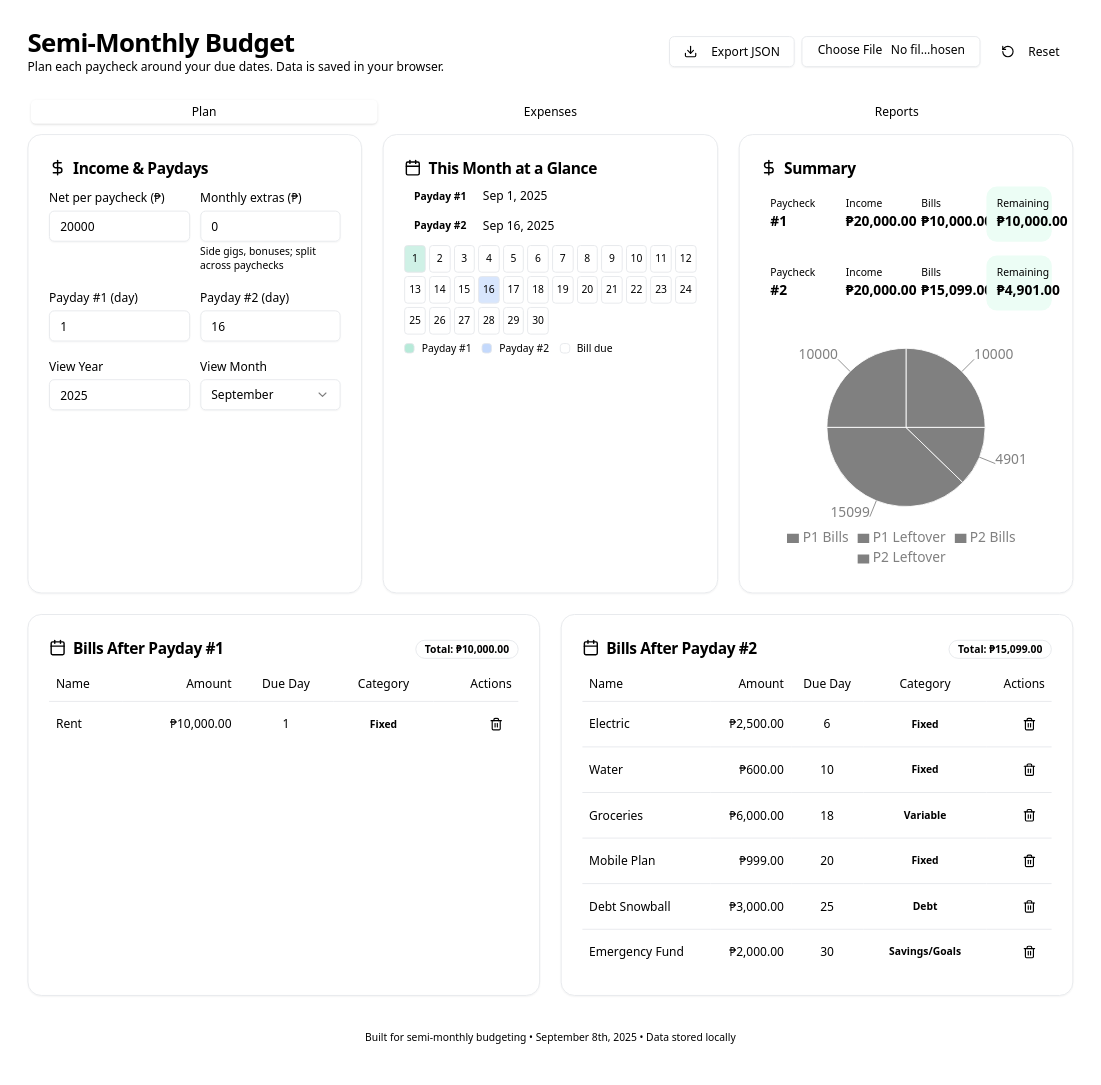
Repository: northmangamingcorporation-dot/semi-monthly-budget
Page: /
These files come from the project's save history. The page is drawn as it stood at one moment and after the next save; the edit follows.
The browser window is 1280 px wide. The pictures show the whole page, at 86% of full size.
Some web libraries are served in a nearby version. The project was rebuilt for these pictures with package versions that can differ from the ones it lists, and the page was loaded fresh each time. Also part of the build but not shown: vite.config.js, src/index.css, src/components/ui/dialog.jsx.

Above is the page before, as saved 2025-09-08 17:24:54.

After the next save:
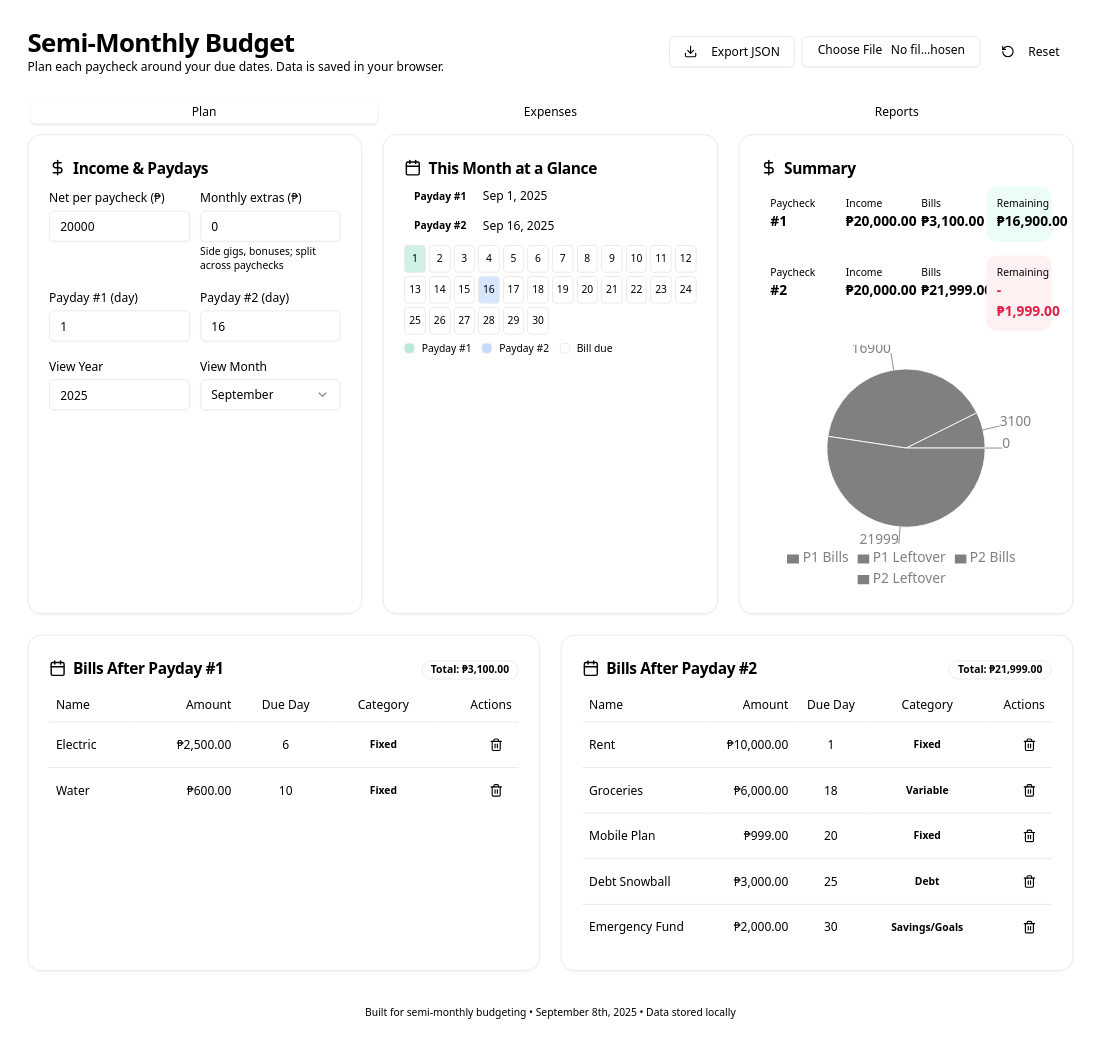
Saved 5 min 43 s later.
--- a/src/App.jsx
+++ b/src/App.jsx
@@ -86,14 +86,14 @@ function monthKey(d) {
 function assignToPaycheck(dueDay, p1, p2, year, monthIndex) {
   const d1 = clampDay(p1, year, monthIndex);
   const d2 = clampDay(p2, year, monthIndex);
-  // Normalize so p1 < p2
-  let first = Math.min(d1, d2);
-  let second = Math.max(d1, d2);
-  if (dueDay <= second && dueDay > first) return 2;
-  if (dueDay <= first) return 1;
-  // If due after second, it's owed before next month's p1 -> paycheck 2 covers it now
-  return 2;
-}
+
+  const first = Math.min(d1, d2);
+  const second = Math.max(d1, d2);
+
+  if (dueDay > first && dueDay <= second) return 1; // after first → paycheck 1
+  if (dueDay > second || dueDay <= first) return 2; // after second → paycheck 2
+}
+
 
 function currency(n) {
   if (Number.isNaN(n)) return "₱0";
